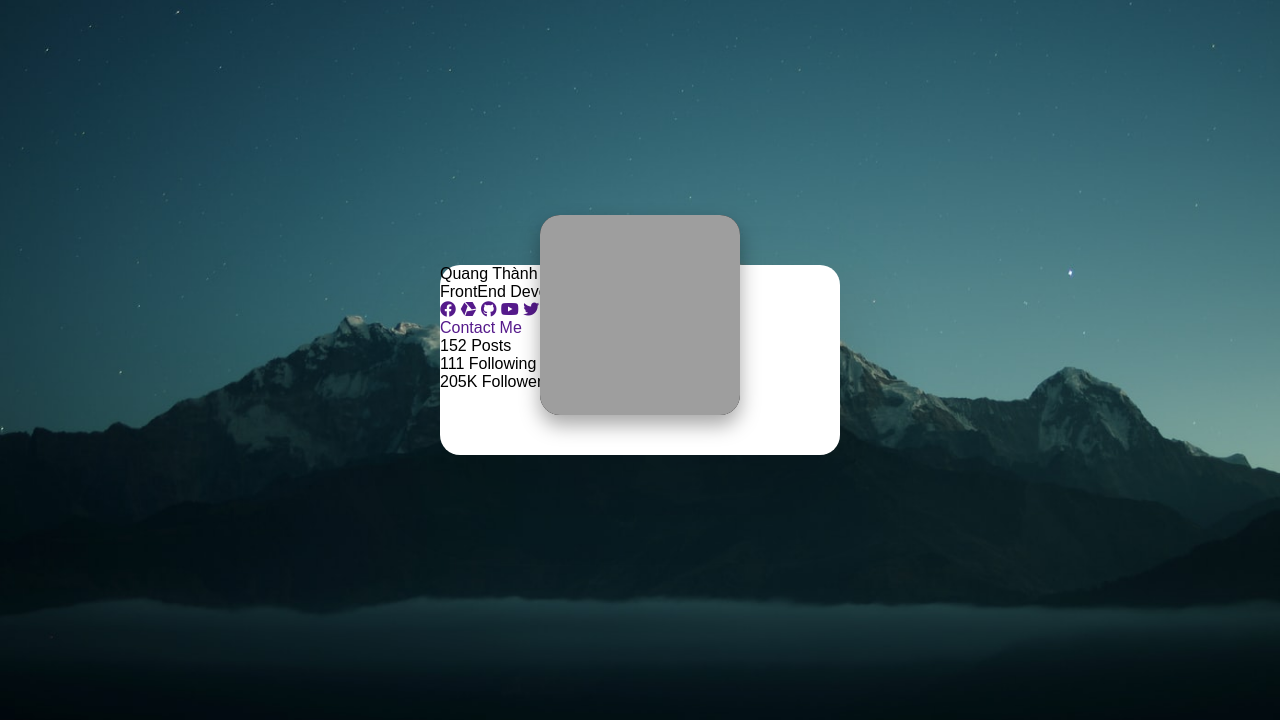
Repository: QuangThanh152/Profile-me
Page: index.html
The author's editor kept a copy of each file at every save. The page is drawn from the files as they stood at one save, then again after a run of saves.
The browser window is 1280 px wide. The pictures show the whole page.
Pictures or frames that could not be fetched are drawn as grey boxes.

Above is the page before, as saved 2022-10-07 15:05:03.

### index.html
<!DOCTYPE html>
<html lang="en">
<head>
    <meta charset="UTF-8">
    <meta http-equiv="X-UA-Compatible" content="IE=edge">
    <meta name="viewport" content="width=device-width, initial-scale=1.0">
    <link rel="stylesheet" href="./accets/font/fontawesome-free-6.1.2-web/css/all.min.css">
    <link rel="stylesheet" href="./accets/main.css">
    <title>Profile-QT</title>
</head>
<body>
    <div class="card">
        <div class="card-header">
            <img src="./accets/img/IMG_20220202_135645.jpg" alt="" class="img-me">
        </div>
        <div class="name">Quang Thành</div>
        <div class="desc">FrontEnd Developer</div>
        <div class="SocialNetwork">
            <a href="" class="icon"><i class="fa-brands fa-facebook"></i></a>
            <a href="" class="icon"><i class="fa-brands fa-instalod"></i></i></a>
            <a href="" class="icon"><i class="fa-brands fa-github"></i></i></a>
            <a href="" class="icon"><i class="fa-brands fa-youtube"></i></i></a>
            <a href="" class="icon"><i class="fa-brands fa-twitter"></i></i></a>
        </div>
        <a href="" class="btn-contact">Contact Me</a>
        <div class="card-footer">
            <div class="number">
                <div class="item">
                    <span>152</span>
                    Posts
                </div>
            </div>
            <div class="number">
                <div class="item">
                    <span>111</span>
                    Following
                </div>
            </div>
            <div class="number">
                <div class="item">
                    <span>205K</span>
                    Followers
                </div>
            </div>
        </div>
    </div>
</body>
</html>

### accets/main.css
* {
    padding: 0;
    margin: 0;
    box-sizing: border-box;
    font-family: 'Poppins', sans-serif;
    text-decoration: none;
}

body {
    min-height: 100vh;
    background: url(/accets/img/img-big.jpg) no-repeat center;
    background-size: cover;
    display: flex;
    justify-content: center;
    align-items: center;
}

.card {
    position: relative;
    width: 400px;
    height: 190px;
    /* height: 500px; */
    border-radius: 20px;
    background: #fff;
    transition: 0.2s linear;
    box-shadow: 0 35px 80px rgba(0,0,0,0.15);
}
.card:hover {
    height: 500px;
}
.card-header {
    position: absolute;
    background: rgb(21, 19, 19);
    left: 50%;
    top: -50px;
    transform: translateX(-50%);
    width: 200px;
    height: 200px;
    border-radius: 20px;
    box-shadow: 0 10px 20px rgba(0,0,0,0.35);
    overflow: hidden;
}
.card:hover .card-header {
    width: 250px;
    height: 250px;
}
.img-me {
    position: absolute;
    top: 0;
    left: 0;
    width: 100%;
    height: 100%;
    object-fit: cover;
}

Loaded but not shown: accets/font/fontawesome-free-6.1.2-web/css/all.min.css (library)

After the next 2 saves:
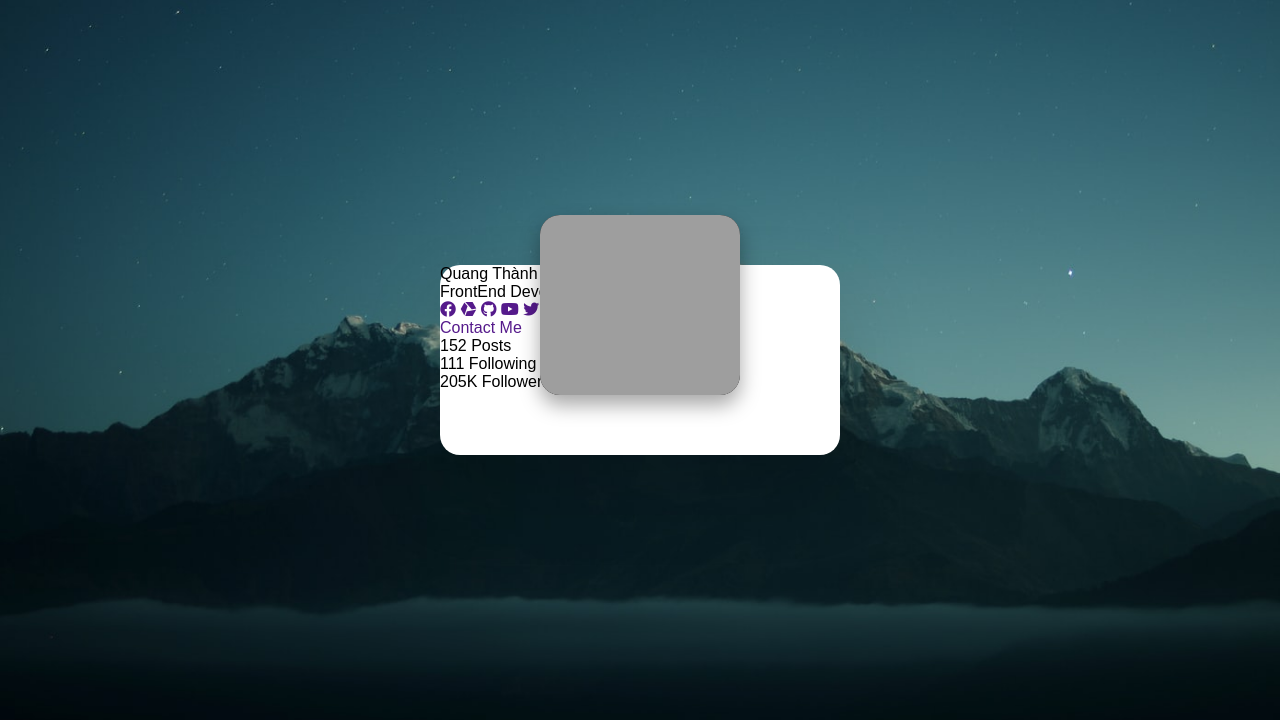
The 2 saves are shown as one change because they came seconds apart.
The last was saved 18 s later.
--- a/accets/main.css
+++ b/accets/main.css
@@ -35,7 +35,7 @@ body {
     top: -50px;
     transform: translateX(-50%);
     width: 200px;
-    height: 200px;
+    height: 180px;
     border-radius: 20px;
     box-shadow: 0 10px 20px rgba(0,0,0,0.35);
     overflow: hidden;
